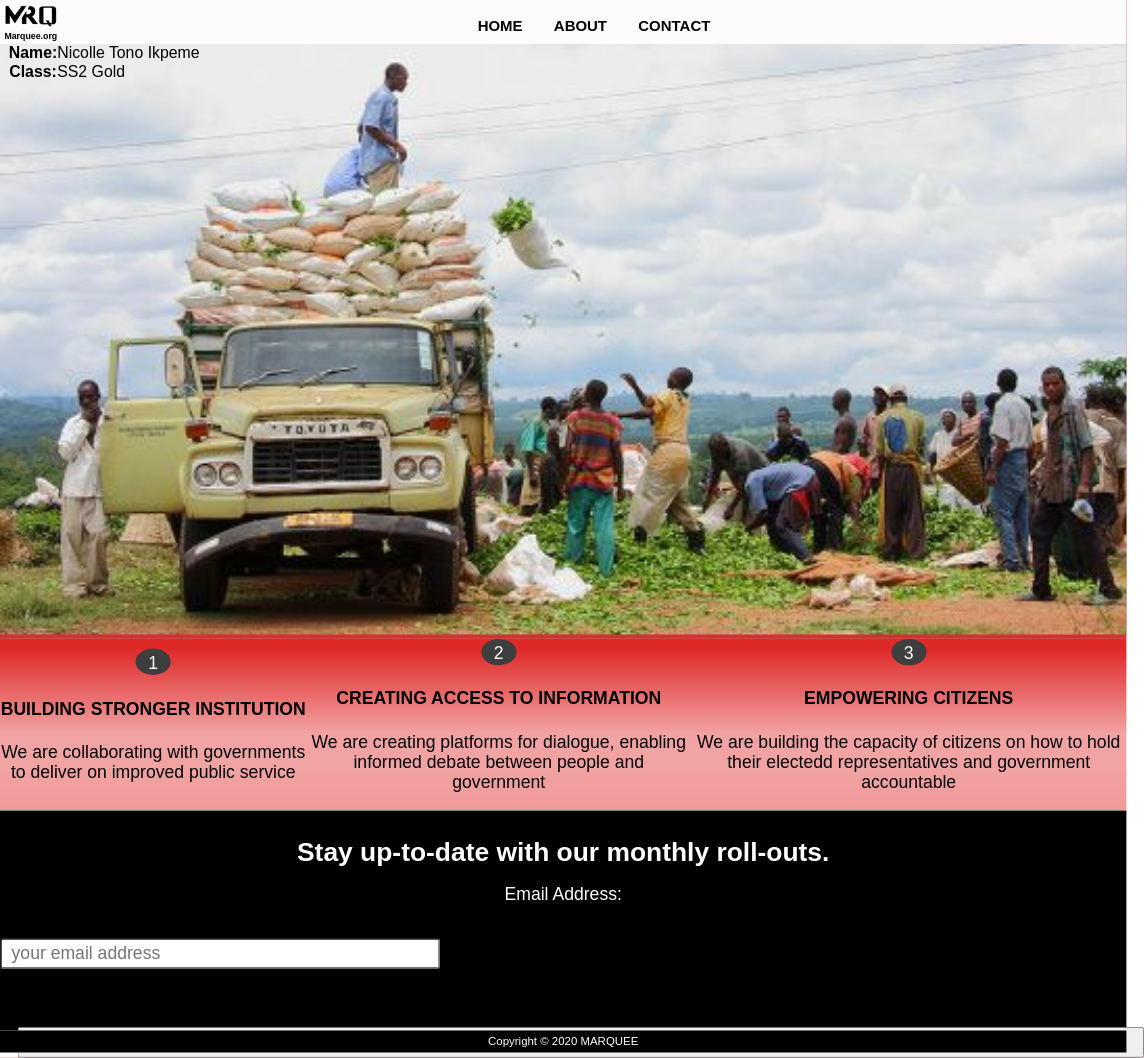
Repository: pboi18/Marquee.org
Page: home.html
The author's editor kept a copy of each file at every save. The page is drawn from the files as they stood at one save, then again after the next save.
The browser window is 1280 px wide. The page is 1300 px wide, so the pictures cover 1300 px, including what lies to the right of the window. The pictures show the whole page, at 88% of full size.

Above is the page before, as saved 2020-07-11 22:34:09.

### home.html
<!DOCTYPE html>
<html>
    <head>
        <meta charset="utf-8">
        <link rel="icon" type="image/png" sizes="16x16" href="img/logo.png">
        <title>Marquee</title>

        <link rel="stylesheet" href="style.css" >
        <link rel="stylesheet" href="normalize.css">


    </head>

    <body>
        <div class="main">
            <header>
                <nav>
                    <div class="navbar">
                        <div class="logo">
                            <img src="img/logo2.jpg" alt="MARQUEE" style="width: 60px; height: 25px;">
                            <p style="font-weight:bold; font-size: x-small; margin: 0px;">Marquee.org</p>
                        </div>



                        <ul class="main-nav">
                            <li>
                                <a href="home.html">
                                    Home
                                </a>
                            </li>

                            <li>
                                <a href="about.html">
                                    ABOUT
                                </a>
                            </li>

                            <li>
                                <a href="contact.html">
                                    CONTACT
                                </a>
                            </li>

                        </ul>

                        <table class="id">
                            <tr >
                                <th>Name:</th>
                                <td> Nicolle Tono Ikpeme</td>
                            </tr>

                            <tr>
                                <th>Class:</th>
                                <td> SS2 Gold</td>
                            </tr>

                        </table>
                    </div>
                </nav>

                <div style="background-color: rgb(206, 52, 52)">
                    <img src="img/home.jpg" alt="Farmers" style="width: 100%; margin: 0px; height: 100%;">
                </div>

                <table class="wup">
                    <tr>
                        <td style="width: auto;">
                            <div class="cover">
                                <p class="numb">1</p>
                                <h4 style="text-align: center;  ;">BUILDING STRONGER INSTITUTION</h4>
                                <p style="text-align: center; font-size: 20px; ">We are collaborating with governments to deliver on improved public service</p>
                            </div>
                        </td>

                        <td style="width: auto;">
                            <div class="cover">
                                <p class="numb">2</p>
                                <h4 style="text-align: center;">CREATING ACCESS TO INFORMATION</h4>
                                <p style="text-align: center; font-size: 20px;">We are creating platforms for dialogue, enabling informed debate between people and government</p>
                            </div>
                        </td>

                        <td style="width: auto;">
                            <div class="cover">
                                <p class="numb">3</p>
                                <h4 style="text-align: center;">EMPOWERING CITIZENS</h4>
                                <p style="text-align: center; font-size: 20px;">We are building the capacity of citizens on how to hold their electedd representatives and government accountable</p>
                            </div>
                        </td>
                    </tr>
                </table>
            </header>

            <section>
                <div class="sec">
                    <h2 style="color: white; padding-top: 30px; padding-bottom: 10px; margin: 0;">Stay up-to-date with our monthly roll-outs.</h2>

                    <form style="text-align: center;">
                    <label style="color: white;">Email Address:</label><br>
                    <input type="email" name="email" placeholder="  your email address" style="align-items: center; width: 500px; border-radius: 3px; margin-top: 5px;" required><br><br>
                    <input type="submit" value="SIGN UP" name="sign up" style="box-sizing: border-box; padding: 5px 10px; border: 10px 3px;
                    margin: 20px;">
                    </form>
                </div>
            </section>

            <footer>
                <P style="color: white; text-align: center; margin: auto; font-size: small; padding: 5px;">
                    Copyright &copy; 2020 MARQUEE
                </P>
            </footer>
        </div>
    </body>
</html>

### style.css
* {
    margin: o;
    padding: 0;
    box-sizing: border-box;
}

html {
    background-color: #fff;
    max-width: 100%;
    font-size: 20px;
    font-weight: 300;
    font-family: Arial, Helvetica, sans-serif;
    text-rendering: optimizeLegibility;
}



h1 {
    margin: 0;
}

label {
    display: block;
    padding: 10px;
}

input {
    display: block;
    width: 100%;
    height: 35px;
}

button {
    display: block;
}

/* header {
    background-image: linear-gradient( rgba(0, 0, 0, 0.4), rgba(0, 0, 0, 0.4)), url(img/home.jpg);
    height: 100vh;
    background-size: cover;
    background-position: center;
} */


.logo {
    height: 40px;
    width: 60px;
    float: left;
    margin: 5px;
}

.main-nav {
    list-style: none;
    margin: auto;
    margin-top: 10px;
    text-align: center;


}

.main-nav li {
    display: inline-block;
    margin: 10px 15px;
    font-size: 85%;

}

.main-nav li a:link,
.main-nav li a:visited {
    color: #000;
    text-decoration: none;
    text-transform: uppercase;
    font-weight: bold;
    padding: 3px 0px;
    border-bottom: 3px solid transparent;
    transition: border-bottom 0.2s;
}

.main-nav li a:hover,
.main-nav li a:active {
    border-bottom: 3px solid rgb(158, 0, 0);
}
.id {
    display: inline;
    padding: 10px;
    font-size: 90%;
}

.navbar {
    height: 50px;
    width: 100%;
    display: inline-block;
    border-radius: 2px;
    box-shadow: 0px 3px -1px 2px rgb(190, 189, 189);
    position: fixed;
    background-color: rgb(253, 251, 251);
}

.navbar2 {
    height: 60px;
    width: 100%;
    display: inline-block;
    border-radius: 2px;
    box-shadow: 1px 1px 3px 2px rgb(20, 20, 20);
    /* position: fixed; */
    background-color: rgb(253, 251, 251);
}

.numb {
    border: solid 5px rgb(63, 62, 62);
    text-align: center;
    width: 40px;
    height: 30px;
    align-self: center;
    border-radius: 50%;
    margin: auto;
    background-color: rgb(63, 62, 62);
    color: white;
}
.wup {
    padding-top: 10px;

    background: linear-gradient(180deg, #DF2828 5.21%, rgba(223, 40, 40, 0.427083) 55.73%, rgba(223, 40, 40, 0.427083) 64.06%, rgba(223, 40, 40, 0.427083) 73.44%, rgba(222, 17, 17, 0.427083) 100%, rgba(170, 77, 77, 0) 100%);
}

.cover {
    border-radius: 5px;
    margin: auto;
}

.sec {
    background-color: black;
    height: 250px;
    width: 100%;
    text-align: center;
}



main {
    /* width: 1000px; */
    margin: auto;
}

.con {
    width: 90%;
    margin: auto;
    ;

}
.contact {
    text-align: center;
    margin: auto;
    margin-bottom: 50px;
}
.image {
    width: 550px;
    height: 500px;
    float: left;
}

.form2 {
    float: right;
    text-align: left;
    font-size: 85%;
    font-weight: bold;
}

footer {
    background-color: #000;
}

Loaded but not shown: normalize.css (library)

After the next save:
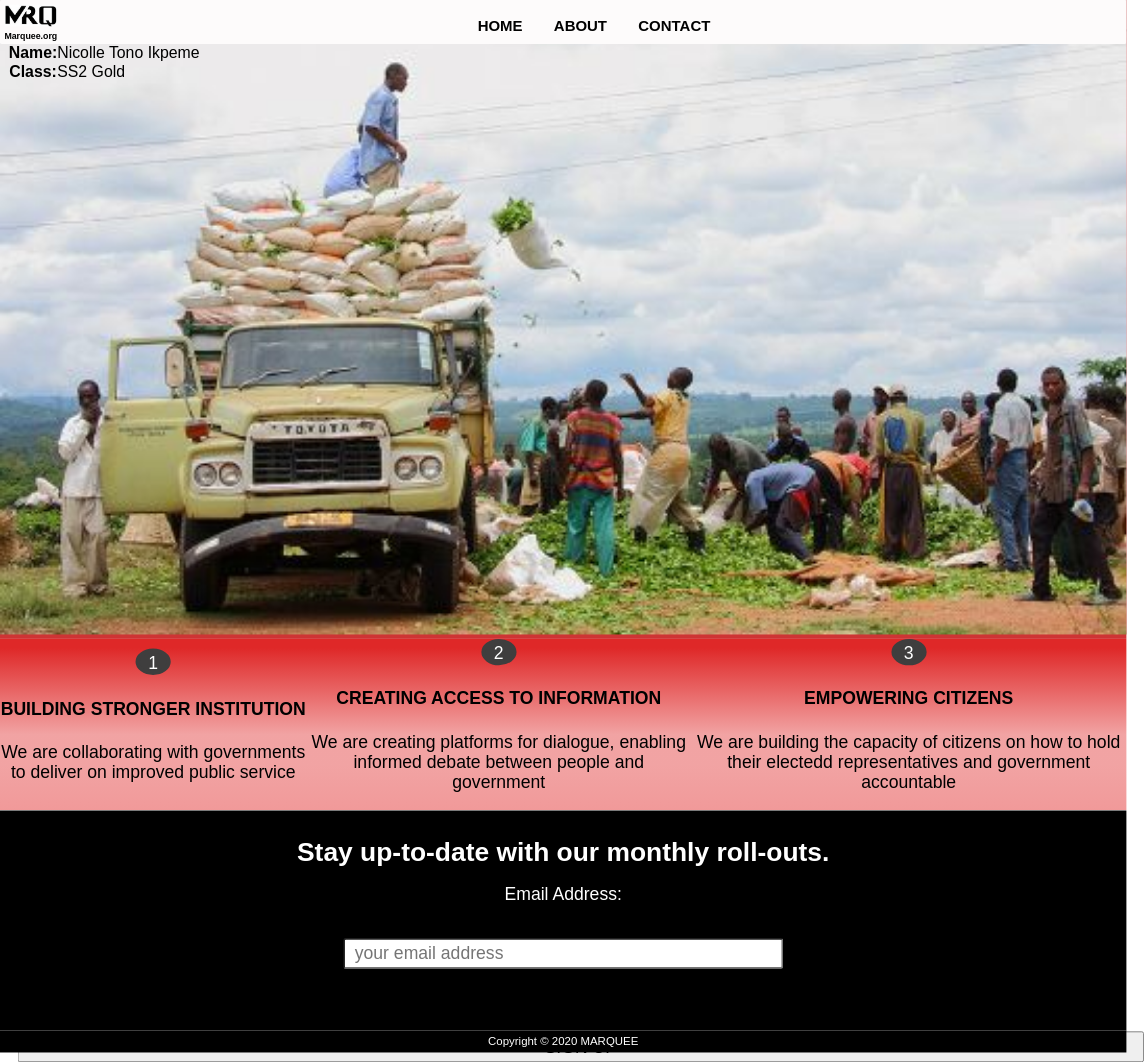
Saved 30 s later.
--- a/home.html
+++ b/home.html
@@ -98,7 +98,7 @@
 
                     <form style="text-align: center;">
                     <label style="color: white;">Email Address:</label><br>
-                    <input type="email" name="email" placeholder="  your email address" style="align-items: center; width: 500px; border-radius: 3px; margin-top: 5px;" required><br><br>
+                    <input type="email" name="email" placeholder="  your email address" style=" width: 500px; border-radius: 3px; margin: 5px auto;" required><br><br>
                     <input type="submit" value="SIGN UP" name="sign up" style="box-sizing: border-box; padding: 5px 10px; border: 10px 3px;
                     margin: 20px;">
                     </form>
